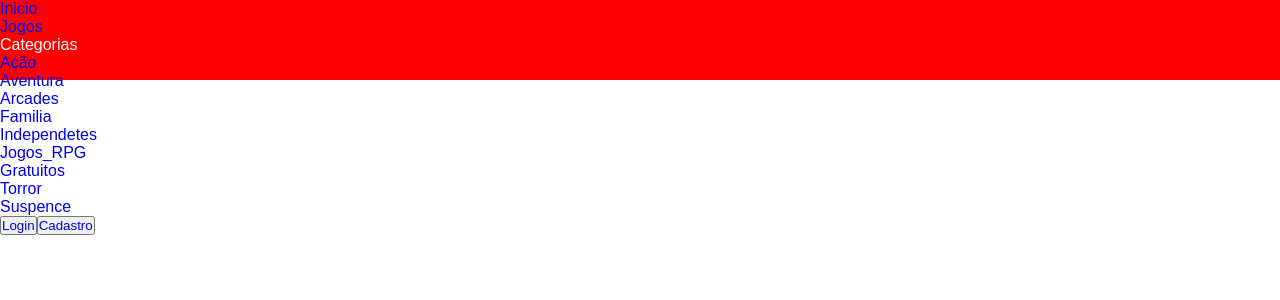
Repository: MarcoantonioCaldeira/Projeto-Go-Gamming
Page: /
The author's editor kept a copy of each file at every save. The page is drawn from the files as they stood at one save, then again after the next save.
The browser window is 1280 px wide. The pictures show the whole page.
The project was rebuilt for these pictures with package versions that can differ from the ones it lists, and the page was loaded fresh each time. Also part of the build but not shown: src/pages/Inicio/estilo.css, src/pages/rodape/rodape.js, src/pages/Inicio/Inicio.js, src/pages/Jogos/Jogos.js, src/pages/Categorias/Acao.js, src/pages/Categorias/Aventura.js, src/pages/Categorias/Arcades.js, src/pages/Categorias/Familia.js and 7 more.

Above is the page before, as saved 2023-01-25 22:40:40.

### src/App.js
import ReactDOM from "react-dom/client";
import "./fonts/Poppins.ttf";
import { BrowserRouter, Routes, Route } from "react-router-dom";

import Menu from "./pages/Menu/Menu";
import Inicio from "./pages/Inicio/Inicio";

//Categorias
import Jogos from "./pages/Jogos/Jogos";
import Acao from "./pages/Categorias/Acao";
import Aventura from "./pages/Categorias/Aventura";
import Arcades from "./pages/Categorias/Arcades";
import Familia from "./pages/Categorias/Familia";
import Independentes from "./pages/Categorias/Independentes";
import Jogos_RPG from "./pages/Categorias/Jogos_RPG";
import Gratuitos from "./pages/Categorias/Gratuitos";
import Terror from "./pages/Categorias/Terror";
import Suspence from "./pages/Categorias/Suspence";


import Login from "./pages/Login/Login";
import Cadastro from "./pages/Cadastro/Cadastro";

function App() {
  return (
   <BrowserRouter>
    <Routes>
      <Route path="/" element={<Menu />}>
        <Route path="Inicio" element={<Inicio />}/>
        <Route path="jogos" element={< Jogos />}/>
          <Route path="Acao" element={<Acao />}/>
          <Route path="Aventura" element={<Aventura />}/>
          <Route path="Arcades" element={<Arcades />}/>
          <Route path="Familia" element={<Familia />}/>
          <Route path="Independentes" element={<Independentes />}/>
          <Route path="Jogos_RPG" element={<Jogos_RPG />}/>
          <Route path="Gratuitos" element={<Gratuitos />}/>
          <Route path="Terror" element={<Terror />}/>
          <Route path="Suspence" element={<Suspence />}/>
        <Route path="Login" element={<Login />}/>
        <Route path="Cadastro" element={<Cadastro />}/>
      </Route>
    </Routes>
   </BrowserRouter>
  );
}

const root = ReactDOM.createRoot(document.getElementById('root'))
root.render(<App />);
export default App;

### src/pages/Menu/Menu.js
import { Outlet, Link } from "react-router-dom";
import './estilo.css';


const Menu = () => {
  return (
      <>
        <nav id="nav_bar">
          <ul>
            <li>
              <Link to="./Inicio">Inicio</Link>
            </li>
            <li>
              <Link to="./Jogos">Jogos</Link>
            </li>
            <li>
              <a>Categorias</a>
                <ul><Link to="./Acao">Ação</Link></ul>
                <ul><Link to="./Aventura">Aventura</Link></ul>
                <ul><Link to="./Arcades">Arcades</Link></ul>
                <ul><Link to="./Familia">Familia</Link></ul>
                <ul><Link to="./Independentes">Independetes</Link></ul>
                <ul><Link to="./Jogos_RPG">Jogos_RPG</Link></ul>
                <ul><Link to="./Gratuitos">Gratuitos</Link></ul>
                <ul><Link to="./Terror">Torror</Link></ul>
                <ul><Link to="./Suspence">Suspence</Link></ul>
            </li>
          </ul>
          <button><Link to="./Login">Login</Link></button>
          <button><Link to="./Cadastro">Cadastro</Link></button>
        </nav>
        <Outlet />
      </>
  )
};

export default Menu;

### src/pages/Menu/estilo.css

*{
    margin: 0;
    padding: 0;
}

ul{
    display: block;
    color: white;
    text-decoration: none !important;
    font-family: Arial;
}

a{
    text-decoration:none;
}

#nav_bar{
    width: 100%;
    background-color: red;
    height: 80px;
}

Loaded but not shown: public/index.html (common file); src/index.js (common file); src/reportWebVitals.js (common file)

After the next save:
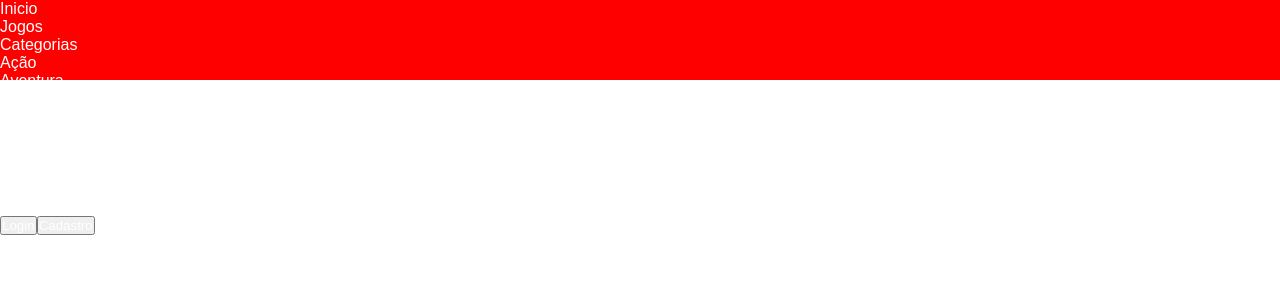
Saved 11 s later.
--- a/src/pages/Menu/estilo.css
+++ b/src/pages/Menu/estilo.css
@@ -4,15 +4,11 @@
     padding: 0;
 }
 
-ul{
+a, ul{
     display: block;
     color: white;
     text-decoration: none !important;
     font-family: Arial;
-}
-
-a{
-    text-decoration:none;
 }
 
 #nav_bar{
